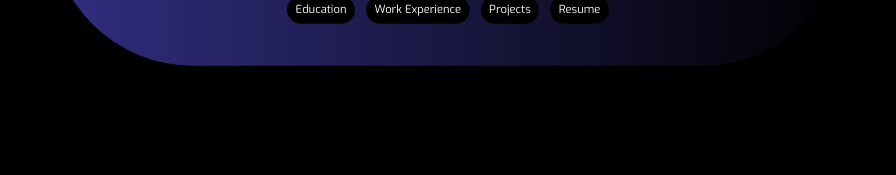
Repository: Jeffkw213/profile_website
Page: /
These files come from the project's save history. The page is drawn as it stood at one moment and after the next save; the edit follows.
The browser window is 1280 px wide. The pictures show the part of the page from y = 470 to 2390 px (the page is 720 px tall before and 2960 px after), at 70% of full size.
Some web fonts or font styles are not loaded; a fallback is used. The project was rebuilt for these pictures with package versions that can differ from the ones it lists, and the page was loaded fresh each time. Also part of the build but not shown: vite.config.js.

Above is the page before, as saved 2022-09-25 18:36:50.

### src/index.jsx
import React from 'react';
import ReactDOM from 'react-dom/client';
import App from './App';
import reportWebVitals from './reportWebVitals';
import './index.css';

// DOM creates an instance of your App component, though it can also pass simple JSX without any component instantiation
const root = ReactDOM.createRoot(document.getElementById('root'));
root.render(
  <React.StrictMode>
    <App />
  </React.StrictMode>
);

// If you want to start measuring performance in your app, pass a function
// to log results (for example: reportWebVitals(console.log))
// or send to an analytics endpoint. Learn more: https://bit.ly/CRA-vitals
reportWebVitals();

### src/App.jsx
import Education from './components/Education';
import Nav from './components/Nav';
import Projects from './components/Projects';
import Title from './components/Title';
import Work from './components/Work';
import records from './data/records.json';
const App = () => {
  return (
    <div className="m-0 p-0 box-border relative font-Exo">
      <Title {...records.Who} />
      {/* <Education {...records.Education} />
      <Work employ={records.Employment} />
      <Projects />
      <Nav {...records.Social} /> */}
    </div>
  );
};

export default App;

### src/index.css
@import url('https://fonts.googleapis.com/css2?family=Exo:wght@100;400&display=swap');
@import url('http://fonts.cdnfonts.com/css/nexa-bold');

@tailwind base;
@tailwind components;
@tailwind utilities;

### src/components/Title.jsx
// This is the title of the website
// There would be a breif discription of who I am
// And there would be a navigation button to scroll to a certain section of the page
const ButtonNavi = () => (
  <nav className="p-3 text-center">
    <button
      className="m-2 p-2 px-3 bg-black text-white rounded-full
    transition delay-150 duration-300 ease-in-out hover:scale-110"
    >
      Education
    </button>
    <button
      className="m-2 p-2 px-3 bg-black text-white rounded-full
    transition delay-150 duration-300 ease-in-out hover:scale-110"
    >
      Work Experience
    </button>
    <button
      className="m-2 p-2 px-3 bg-black text-white rounded-full
    transition delay-150 duration-300 ease-in-out hover:scale-110"
    >
      Projects
    </button>
    <a href="/Resume.pdf" target="_blank">
      <button
        className="m-2 p-2 px-3 bg-black text-white rounded-full
      transition delay-150 duration-300 ease-in-out hover:scale-110 hover:bg-indigo-900"
      >
        Resume
      </button>
    </a>
  </nav>
);

export default function Title({ Name, Description }) {
  return (
    <div className="min-w-[50%] min-h-screen max-h-screen bg-black flex items-center justify-center">
      <div className="relative max-h-full bg-gradient-to-r from-indigo-900 rounded-full py-10 text-gray-300 opacity-100">
        <h1 className="font-Nexa text-8xl text-center pt-4 pb-2 ">{Name}</h1>
        <p className="p-4 mx-14 max-w-screen-lg min-w-[50%]">{Description}</p>
        <ButtonNavi />
      </div>
    </div>
  );
}

### src/data/records.json
{
  "Who": {
    "Name": "Wing To (Jeff) Kwan",
    "Location": {
      "City": "Richmond Hill",
      "Province": "Ontario",
      "Country": "Canada",
      "Street": "176 Kimono Crescent",
      "Postal": "L4S 2A4"
    },
    "Description": "Recently graduated student that is detail-oriented, and passionate to expand the process of development. Jeff has experience with working in a team to create a project, where he has demonstrated proficient communication and listening skills. He is a problem solver and a strong communicator eager to prove his value and talent at an emerging company. Motivated to advance and expand his skill set through targeted mentorship and challenging projects.",
    "Skills": {
      "Languages": "Python, Java, Javascript, CSS, HTML, SQL, Prolog, C#, C98, C99",
      "Framework": "Numpy, Pandas, MySQL, React, Node.js",
      "Platform": "Linux, Windows, MACOS, Android",
      "Techniques": "OOP, DataStructures, Machine Learning, Data Mining"
    }
  },
  "Social": {
    "Email": "jeffkwan10@gmail.com",
    "Linkedin": "https://www.linkedin.com/in/jeff-kwan-881a41203/",
    "Github": "https://github.com/Jeffkw213"
  },

  "Education": {
    "School": "York University",
    "Degree": "B.Sc., Spec. Hons. Computer Science",
    "RelatativeCoursework": "Web development, Algorithms and Data Structures, Software Engineering, Machine Learning, Databases",
    "Graduation": "August 2022",
    "Start": "Sept 2018"
  },

  "Employment": [
    {
      "Role": "Supervisor, Swim Instructor, Lifeguard",
      "Where": "City of Richmond Hill",
      "Description": "Through my time working at the pool, I have learnt alot of skills including teamwork, communication, and responsiblity. Majority of the time I had to explain various abstract topics to clients as well as coworker. I have learned to be allows be cool headed when dealing with tough situations. Later on, I was able to take a leadership role by utilizing the knowledge of policies and procedures.",
      "Date": "Mar 2016 - present"
    },
    {
      "Role": "C4 Student",
      "Where": "York University",
      "Description": "C4 Student brings students together to create powerful social impact. I was able to participate in helping a group research about AI determining a student's job by reading the students resume.",
      "Date": "Jan 2022 - Jun 2022"
    }
  ]
}

### tailwind.config.js
/** @type {import('tailwindcss').Config} */
module.exports = {
  content: ['./index.html', './src/**/*.{js,jsx}'],
  theme: {
    extend: {
      fontFamily: {
        Exo : "'Exo', sans-serif",
        Nexa : "'Nexa', sans-serif",
      },
      variants: {
        width: ["responsive", "hover", "focus"]
      },

    }
  },
  plugins: []
};

### src/components/Education.jsx
export default function Education(props) {
  return (
    <div className="h-screen p-2">
      <div>
        <h1 className="font-Nexa text-7xl">Education</h1>
      </div>
      <p>{props.School}</p>
      <p>{props.Degree}</p>
      <p>Relative Course Work</p>
      <p>{props.RelatativeCoursework}</p>
      <p>Date</p>
      <p>
        {props.Start} - {props.Graduation}
      </p>
    </div>



  );
}

### src/components/Nav.jsx
//This is gonna be the navigation bar
//Need to create a list of
import Git from '../data/GitHub-Mark-64px.png';
import Linkedin from '../data/LI-In-Bug.png';
import Gmail from '../data/Gmail_Logo_64px.png';
export const List = (props) => (
  <nav className="flex justify-center">
    <ul className="">
      <li className="inline-block">
        <a href={props.Linkedin} target="_blank" rel="noopener noreferrer">
          <img src={Linkedin} alt="Linkedin Logo" className="h-16 opacity-[.25]" />
        </a>
      </li>
      <li className="inline-block">
        <a href={props.Github} target="_blank" rel="noopener noreferrer">
          <img src={Git} alt="Git Logo" className="h-16 opacity-[.25]" />
        </a>
      </li>
      <li className="inline-block ml-2">
        <a href={`mailto:${props.Email}?subject=Hi%20I'm%20Stupid`}>
          <img src={Gmail} alt="Gmail Logo" className="h-16 opacity-[.25]" />
        </a>
      </li>
    </ul>
  </nav>
);

export default function Nav(props) {
  return (
    <div
      className="h-20
    relative
    w-full
    py-2
    text-center
    bg-indigo-900"
    >
      <List {...props} />
    </div>
  );
}

### src/components/Projects.jsx
import projects from '../data/projects';

export default function Projects() {
  return (
    <div className='h-screen p-2'>
      {projects.map((item, index) => {
        return (
          <div key={index}>
            <p>{item.name}</p>
            <a href={item.link} target="_blank" rel="noopener noreferrer">
              {item.link}
            </a>
            <p>{item.about}</p>
          </div>
        );
      })}
    </div>
  );
}

### src/components/Work.jsx
export default function Work({ employ }) {
  return (
    <div className="h-screen p-2">
      <h1 className="font-Nexa text-7xl"> Work Experience </h1>
      {employ.map((item, index) => {
        return (
          <div key={index} className="">
            <div></div>
            <p>{item.Role}</p>
            <p>{item.Description}</p>
            <p>{item.Date}</p>
          </div>
        );
      })}
    </div>
  );
}

### src/data/projects.js
export default [
  {
    name: '8-puzzle',
    about: 'Create a 8-puzzle game with python. This project mainly focuses on different ways to find the best solution to solve the puzzle. I have used Best First approach, Depth First, and the Mannhattan Solution. The goal of this project was to expand understanding of different search methods and continue to exercise mastery of the concepts.',
    link: 'https://github.com/jeffkw213/8-puzzle'
  },
  {
    name: '9-puzzle',
    about: 'Hi this is a dummy thing to see if this works properly',
    link: 'https://github.com/jeffkw213/9-puzzle'
  }
];

Loaded but not shown: public/index.html (common file); src/reportWebVitals.js (common file)

After the next save:
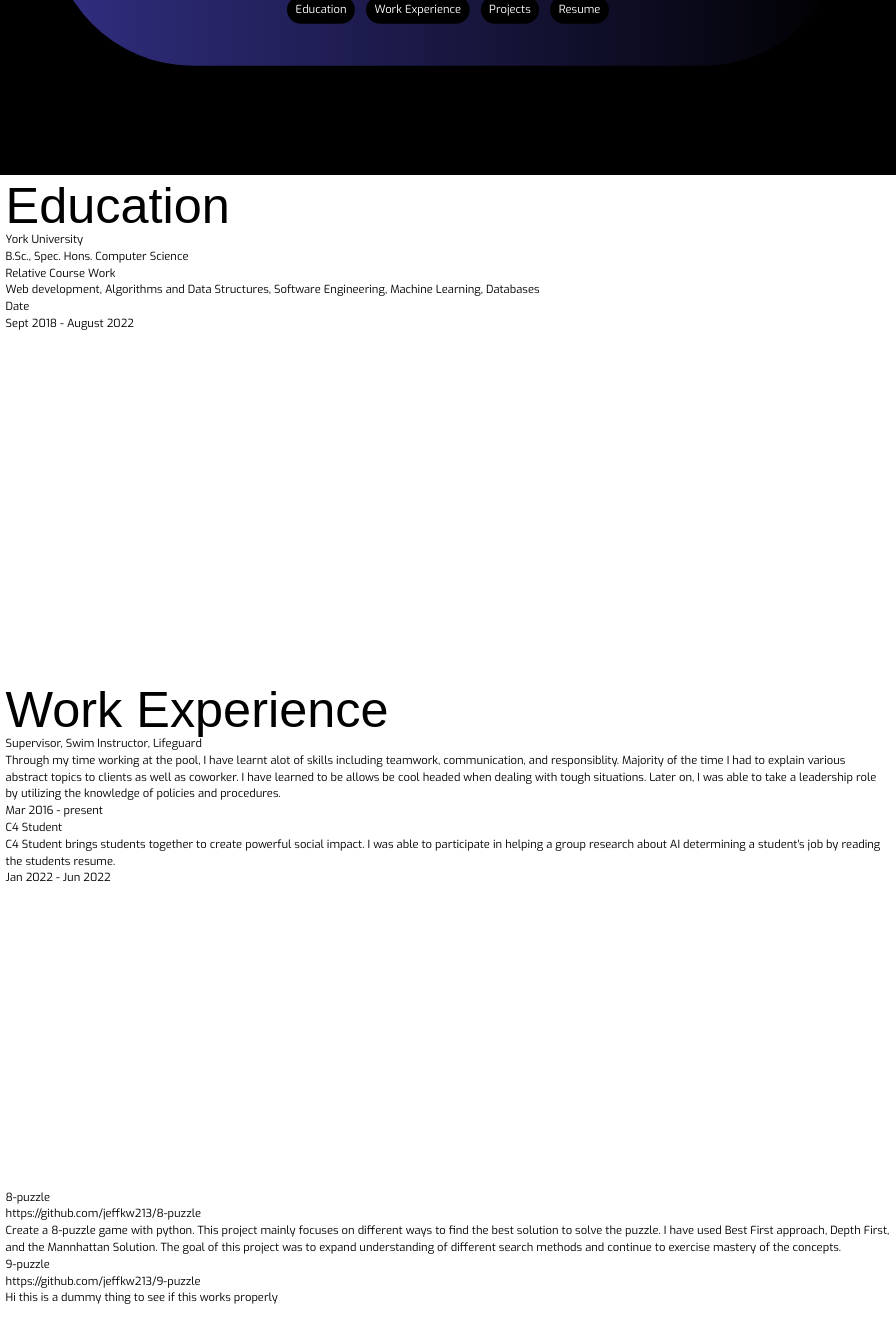
Saved 64 s later.
--- a/src/App.jsx
+++ b/src/App.jsx
@@ -8,10 +8,10 @@ const App = () => {
   return (
     <div className="m-0 p-0 box-border relative font-Exo">
       <Title {...records.Who} />
-      {/* <Education {...records.Education} />
+      <Education {...records.Education} />
       <Work employ={records.Employment} />
       <Projects />
-      <Nav {...records.Social} /> */}
+      <Nav {...records.Social} />
     </div>
   );
 };
